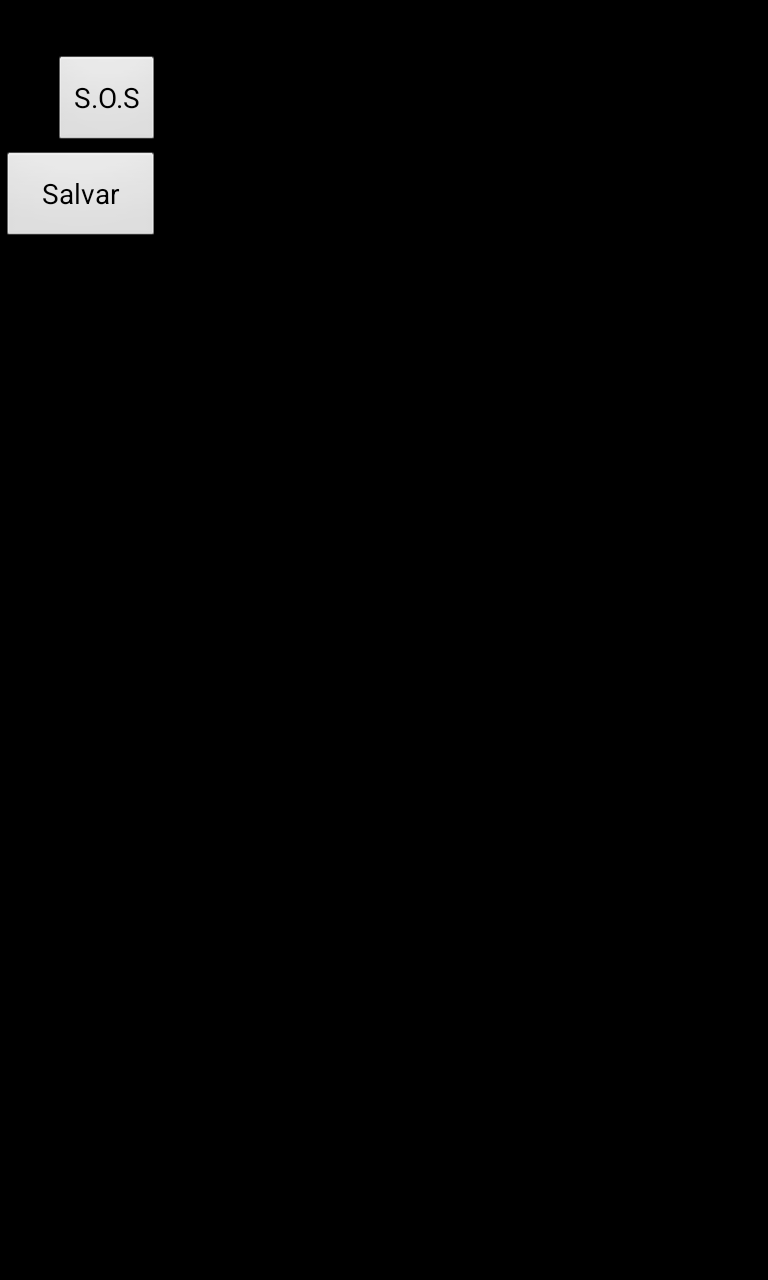
Repository: wfortini/appSOS
Layout: appMobileClient/res/layout/activity_main.xml
These files come from the project's save history. The layout is drawn as it stood at one moment and after the next save; the edit follows.
It is drawn on a 768 x 1280 px phone screen (xhdpi) without system bars, with theme AppTheme; the app's code is not run.

Above is the layout before, as saved 2013-03-03 00:54:06.

### appMobileClient/res/layout/activity_main.xml
<TableLayout xmlns:android="http://schemas.android.com/apk/res/android"
    xmlns:tools="http://schemas.android.com/tools"
    android:layout_width="match_parent"
    android:layout_height="match_parent"
    tools:context=".MainActivity" >

    <TableRow >
        <Button
        android:id="@+id/button1"
        android:layout_width="wrap_content"
        android:layout_height="wrap_content"
        android:layout_alignParentLeft="true"
        android:layout_alignParentTop="true"
        android:layout_marginLeft="26dp"
        android:layout_marginTop="27dp"
        android:text="@string/button_sos" />

    </TableRow>

    <TableRow >

        <Button android:id="@+id/salvar"
        			android:layout_width="fill_parent"
        			android:layout_height="wrap_content"
        			android:text="Salvar"/>

    </TableRow>


</TableLayout>




<RelativeLayout xmlns:android="http://schemas.android.com/apk/res/android"
    xmlns:tools="http://schemas.android.com/tools"
    android:layout_width="match_parent"
    android:layout_height="match_parent"
    tools:context=".MainActivity" >

    <TextView
        android:layout_width="wrap_content"
        android:layout_height="wrap_content"
        android:layout_centerHorizontal="true"
        android:layout_centerVertical="true"
        android:text="@string/hello_world" />



</RelativeLayout>

### appMobileClient/res/values/styles.xml
<resources>

    <!--
        Base application theme, dependent on API level. This theme is replaced
        by AppBaseTheme from res/values-vXX/styles.xml on newer devices.
    -->
    <style name="AppBaseTheme" parent="android:Theme.Black">
        <!--
            Theme customizations available in newer API levels can go in
            res/values-vXX/styles.xml, while customizations related to
            backward-compatibility can go here.
        -->
    </style>

    <!-- Application theme. -->
    <style name="AppTheme" parent="AppBaseTheme">
        <!-- All customizations that are NOT specific to a particular API-level can go here. -->
    </style>

</resources>

### appMobileClient/res/values/strings.xml
<?xml version="1.0" encoding="utf-8"?>
<resources>

    <string name="app_name">SOS24Horas</string>
    <string name="hello_world">Hello world!</string>
    <string name="menu_settings">Settings</string>
    <string name="button_sos">S.O.S</string>
    <string name="btn_sua_local">Sua Localização</string>

</resources>

After the next save:
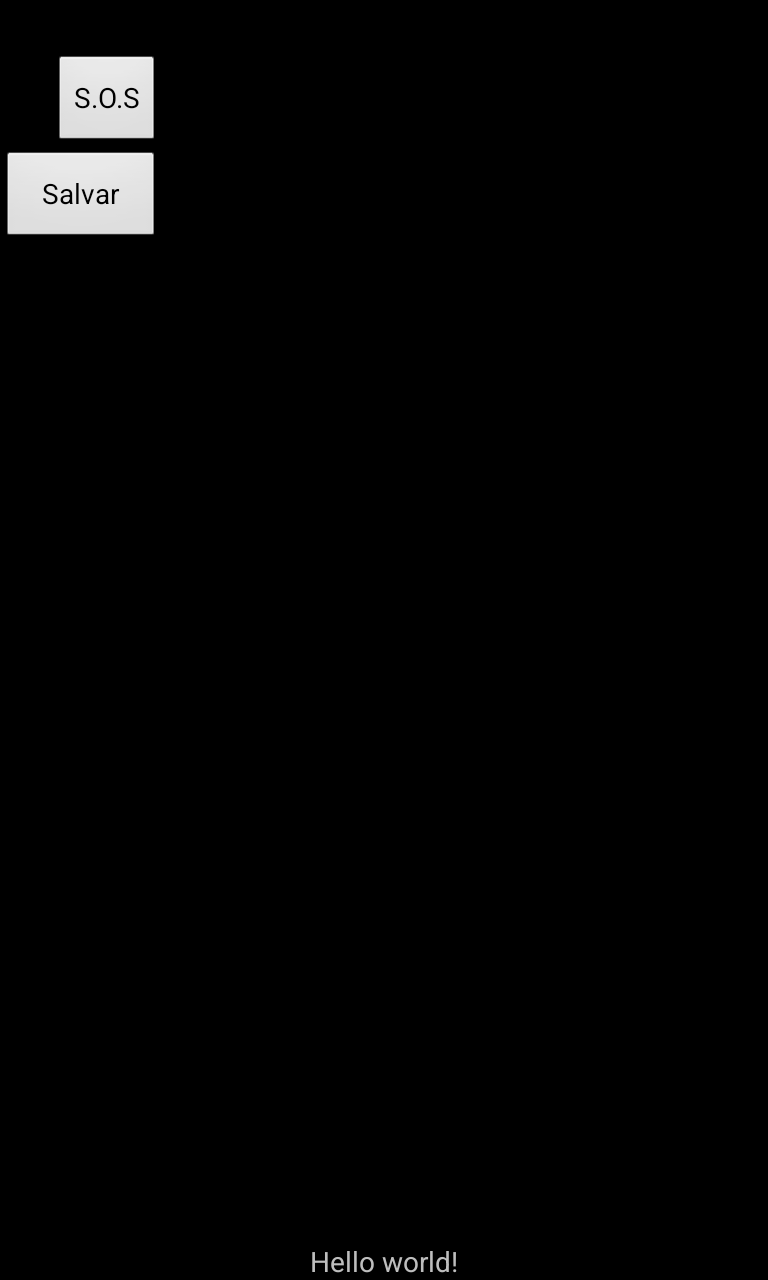
Saved 2 min 25 s later.
--- a/appMobileClient/res/layout/activity_main.xml
+++ b/appMobileClient/res/layout/activity_main.xml
@@ -27,16 +27,15 @@
     </TableRow>
 
 
-</TableLayout>
 
 
 
 
-<RelativeLayout xmlns:android="http://schemas.android.com/apk/res/android"
-    xmlns:tools="http://schemas.android.com/tools"
-    android:layout_width="match_parent"
-    android:layout_height="match_parent"
-    tools:context=".MainActivity" >
+
+<RelativeLayout
+    android:layout_width="wrap_content"
+    android:layout_height="fill_parent"
+    android:gravity="bottom">
 
     <TextView
         android:layout_width="wrap_content"
@@ -48,3 +47,4 @@
 
 
 </RelativeLayout>
+</TableLayout>
